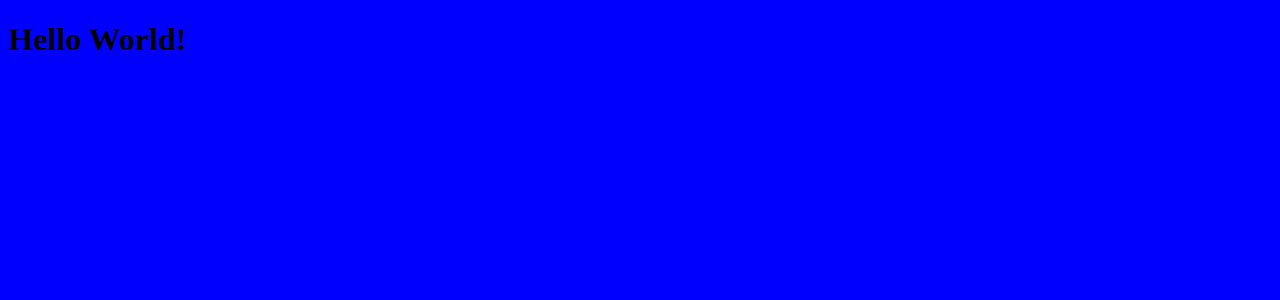
Repository: annferracane/phase-0-personal-website
Page: index.html
An editor plug-in stored every save of this project. The page is shown before and after the next save, followed by the edit.
The browser window is 1280 px wide. The pictures show the whole page.

Above is the page before, as saved 2022-11-13 14:02:51.

After the next save:
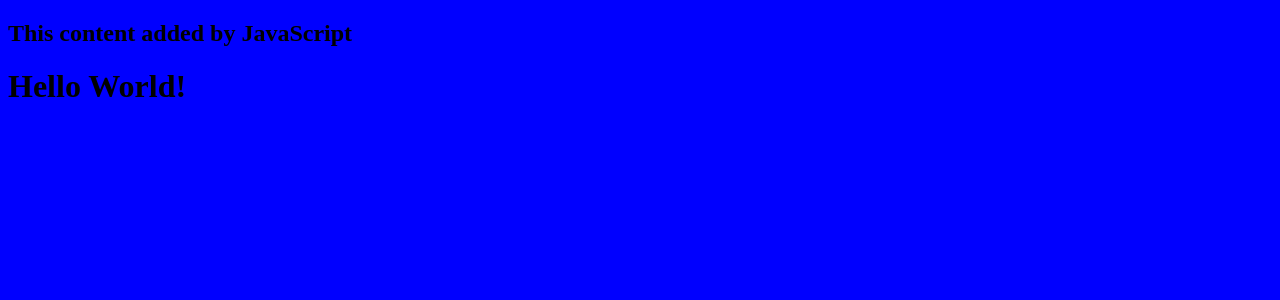
Saved 59 s later.
--- a/index.html
+++ b/index.html
@@ -6,6 +6,7 @@
         <title>Ann Sample Personal Website</title>
     </head>
     <body>
+        <script src="script.js"></script>
         <h1>Hello World!</h1>
     </body>
 </html>
